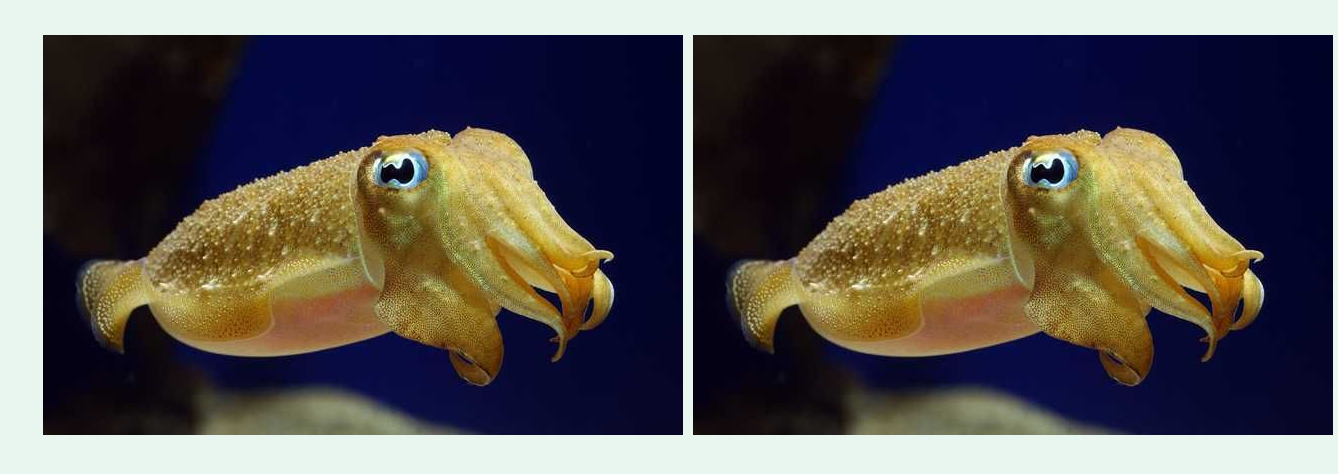
Repository: neomort/comm-lab-vid-site
Page: index.html
The author's editor kept a copy of each file at every save. The page is drawn from the files as they stood at one save, then again after the next save.
The browser window is 1280 px wide. The page is 1338 px wide, then 1280 px, so the pictures cover 1338 px, including what lies to the right of the window. The pictures show the whole page.

Above is the page before, as saved 2021-09-12 21:08:18.

### index.html
<!DOCTYPE html>

<head>
<title>The String: 30 second film festival home</title>
<link rel="icon" href="images/chicken.png"/>
<link rel="stylesheet" href="./css/styles.css" />
</head>

<body class="bg-2">
  <div >
    <div class="default-margin">
      <div class="row">
        <div class="column">
          <a class="image-1" href="https://www.youtube.com/watch?v=O3Jf4U1E7Jc"><img src="images/cuddle.jpg" /></a>

        </div>
        <div class="column">
          <a class="image-1" href="https://www.youtube.com/watch?v=O3Jf4U1E7Jc"><img src="images/cuddle.jpg" /></a>
        </div>
      </div>


    </div>

</div>
</body>

### css/styles.css
/* background colors */
/* color scheme */
.bg-1 {
  /* Yellow */
  background: #FFE194;
}

.bg-2 {
  /* Light */
  background: #E8F6EF;
}

.bg-3 {
  /* medium */
  background: #E8F6EF;
}

.bg-4 {
  /* dark */
  background: #4C4C6D;
}


/* flex properties */

.row {
  display: flex;
}

.column {
  flex: 50%;
  padding: 5px;
}

.default-margin{
  margin: 30px;

}

.image-1 {
  border-radius: 10px;
  width:50%;
}

After the next save:
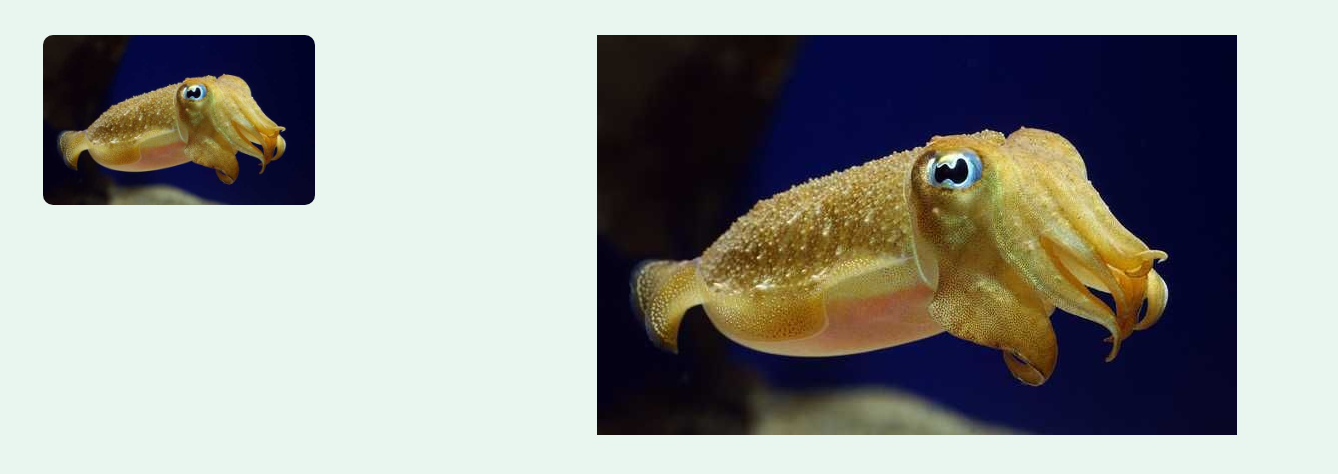
Saved 51 s later.
--- a/index.html
+++ b/index.html
@@ -11,7 +11,7 @@
     <div class="default-margin">
       <div class="row">
         <div class="column">
-          <a class="image-1" href="https://www.youtube.com/watch?v=O3Jf4U1E7Jc"><img src="images/cuddle.jpg" /></a>
+          <a href="https://www.youtube.com/watch?v=O3Jf4U1E7Jc"><img class="image-1" src="images/cuddle.jpg" /></a>
 
         </div>
         <div class="column">
